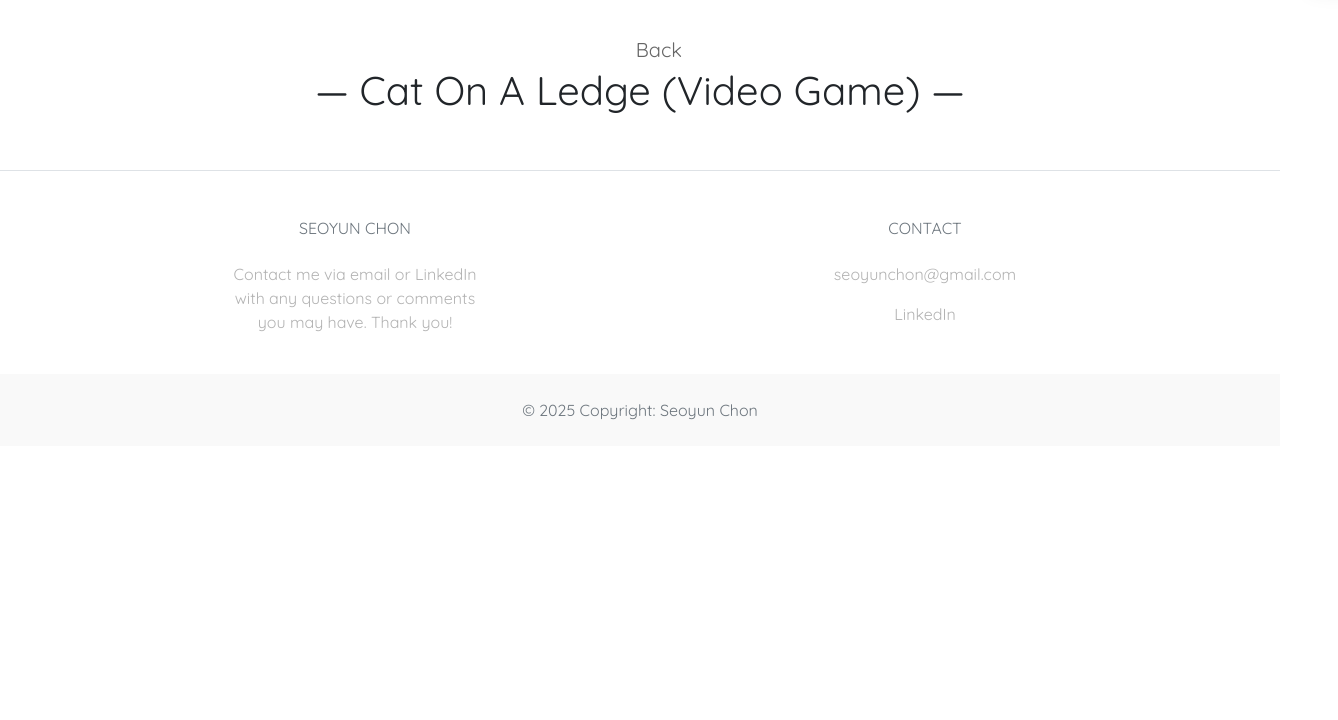
Repository: schon02/seoyun-chon-portfolio
Page: projects_catonaledge_page.html
The author's editor kept a copy of each file at every save. The page is drawn from the files as they stood at one save, then again after the next save.
The browser window is 1280 px wide. The page is 1338 px wide, so the pictures cover 1338 px, including what lies to the right of the window. The pictures show the part of the page from y = 720 to 1440 px (the page is 1440 px tall).

Above is the page before, as saved 2025-01-31 16:50:09.

### projects_catonaledge_page.html
<!DOCTYPE html>
<html>
    <head>
        <!-- <link href="style.css" rel="stylesheet" /> -->

        <!-- Required meta tags -->
        <meta charset="utf-8">
        <meta name="viewport" content="width=device-width, initial-scale=1, shrink-to-fit=no">

        <link href="https://fonts.googleapis.com/css?family=Quicksand:400,600,700&display=swap" rel="stylesheet">

        <link rel="stylesheet" href="fonts/icomoon/style.css">

        <link rel="stylesheet" href="css/owl.carousel.min.css">

        <!-- Bootstrap CSS -->
        <link rel="stylesheet" href="css/bootstrap.min.css">

        <!-- Style -->
        <link rel="stylesheet" href="css/style.css">

        <title>Home Page</title>

    </head>

    <body>
        <!-- <header>
            <nav>
                <ul>
                    <li><a class="active" href="index.html">Home</a></li>
                    <li><a href="services_page.html">Services</a></li>
                    <li><a href="contact_page.html">Contact</a></li>
                </ul>
            </nav>
        </header> -->

        <div class="site-mobile-menu site-navbar-target">
            <div class="site-mobile-menu-header">
              <div class="site-mobile-menu-close mt-3">
                <span class="icon-close2 js-menu-toggle"></span>
              </div>
            </div>
            <div class="site-mobile-menu-body"></div>
          </div> <!-- .site-mobile-menu -->

        <div class="site-navbar-wrap">
            <div class="site-navbar-top">
              <div class="container py-3">
                <div class="row align-items-center">
                  <div class="col-6">
                    <div class="d-flex mr-auto">
                      <a href="#" class="d-flex align-items-center mr-4">
                        <span class="icon-envelope mr-2"></span>
                        <span class="d-none d-md-inline-block">seoyunchon@gmail.com</span>
                      </a>
                      <!-- <a href="#" class="d-flex align-items-center mr-auto">
                        <span class="icon-phone mr-2"></span>
                        <span class="d-none d-md-inline-block">+1 234 4567 8910</span>
                      </a> -->
                    </div>
                  </div>
                  <div class="col-6 text-right">
                    <div class="mr-auto">
                      <!-- <a href="#" class="p-2 pl-0"><span class="icon-twitter"></span></a> -->
                      <!-- <a href="#" class="p-2 pl-0"><span class="icon-facebook"></span></a> -->
                      <a href="https://www.linkedin.com/in/seoyun-chon/" class="p-2 pl-0"><span class="icon-linkedin"></span></a>
                      <!-- <a href="#" class="p-2 pl-0"><span class="icon-instagram"></span></a> -->
                    </div>

                  </div>
                </div>
              </div>
            </div>

            <div class="site-navbar site-navbar-target js-sticky-header">
              <div class="container">
                <div class="row align-items-center">
                  <div class="col-2">
                    <h1 class="my-0 site-logo"><a href="index.html">Seoyun&nbsp;Chon</a></h1>
                  </div>
                  <div class="col-10">
                    <nav class="site-navigation text-right" role="navigation">
                      <div class="container">
                        <div class="d-inline-block d-lg-none ml-md-0 mr-auto py-3"><a href="#" class="site-menu-toggle js-menu-toggle text-white"><span class="icon-menu h3"></span></a></div>

                        <ul class="site-menu main-menu js-clone-nav d-none d-lg-block">
                          <li><a href="index.html" class="nav-link">Home</a></li>
                          <li class="active"><a href="projects_page.html" class="nav-link">Projects</a></li>
                          <li class="has-children">
                            <a href="#" class="nav-link">Pages</a>
                            <ul class="dropdown arrow-top">
                              <li><a href="#" class="nav-link">Team</a></li>
                              <li><a href="#" class="nav-link">Pricing</a></li>
                              <li><a href="#" class="nav-link">FAQ</a></li>
                              <li class="has-children">
                                <a href="#">More Links</a>
                                <ul class="dropdown">
                                  <li><a href="#">Menu One</a></li>
                                  <li><a href="#">Menu Two</a></li>
                                  <li><a href="#">Menu Three</a></li>
                                </ul>
                              </li>
                            </ul>
                          </li>
                          <!-- <li><a href="#about-section" class="nav-link">About</a></li> -->
                          <li><a href="resume_page.html" class="nav-link">Resume</a></li>
                          <!-- <li><a href="#gallery-section" class="nav-link">Gallery</a></li> -->
                          <li><a href="contact_page.html" class="nav-link">Contact</a></li>
                        </ul>
                      </div>
                    </nav>
                  </div>
                </div>
              </div>
            </div>
          </div>


          <div class="hero" style="background-image: url('images/s2k2.JPG');"></div>

          <div style="padding-top: 1cm; padding-left: 1cm;">
            <a href="projects_page.html">
              <h5>Back</h5>
            </a>
          </div>

        <div class="text-center" style="padding-top: 0.1cm;">
          <h1>— Cat On A Ledge (Video Game) —</h1>
        </div>





        <script src="js/jquery-3.3.1.min.js"></script>
        <script src="js/popper.min.js"></script>
        <script src="js/bootstrap.min.js"></script>
        <script src="js/jquery.sticky.js"></script>
        <script src="js/main.js"></script>

    </body>

<!-- Footer -->
<footer class="text-center text-lg-start bg-white text-muted">

  <section class="d-flex justify-content-center justify-content-lg-between p-4 border-bottom">
  </section>

  <!-- Section: Links  -->
  <section class="">
    <div class="container text-center text-md-start mt-5">
      <!-- Grid row -->
      <div class="row mt-3">
        <!-- Grid column -->
        <div class="col-md-3 col-lg-4 col-xl-3 mx-auto mb-4">
          <!-- Content -->
          <h6 class="text-uppercase fw-bold mb-4">
            <i class="fas fa-gem me-3 text-secondary"></i>Seoyun Chon
          </h6>
          <p>
            Contact me via email or LinkedIn with any questions or comments you may have. Thank you!
          </p>
        </div>
        <!-- Grid column -->

        <!-- Grid column -->
        <div class="col-md-4 col-lg-3 col-xl-3 mx-auto mb-md-0 mb-4">
          <!-- Links -->
          <h6 class="text-uppercase fw-bold mb-4">Contact</h6>
          <p><i class="fas fa-home me-3 text-secondary"></i> seoyunchon@gmail.com</p>
          <p>
            <i class="fas fa-envelope me-3 text-secondary"></i>
            <a href="https://www.linkedin.com/in/seoyun-chon/" class="text-reset"> LinkedIn </a>
          </p>
        </div>
        <!-- Grid column -->
      </div>
      <!-- Grid row -->
    </div>
  </section>
  <!-- Section: Links  -->

  <!-- Copyright -->
  <div class="text-center p-4" style="background-color: rgba(0, 0, 0, 0.025);">
    © 2025 Copyright:
    <a class="text-reset fw-bold" href="https://mdbootstrap.com/">Seoyun Chon</a>
  </div>
  <!-- Copyright -->
</footer>
<!-- Footer -->


</html>

### css/style.css
body {
  font-family: "Quicksand", -apple-system, BlinkMacSystemFont, "Segoe UI", Roboto, "Helvetica Neue", Arial, "Noto Sans", sans-serif, "Apple Color Emoji", "Segoe UI Emoji", "Segoe UI Symbol", "Noto Color Emoji";
  background-color: #fff;
  height: 200vh;
  position: relative; }
  body:before {
    content: "";
    position: absolute;
    top: 0;
    left: 0;
    right: 0;
    bottom: 0;
    background: rgba(0, 0, 0, 0.5);
    -webkit-transition: .3s all ease;
    -o-transition: .3s all ease;
    transition: .3s all ease;
    opacity: 0;
    visibility: hidden;
    z-index: 1; }
  body.offcanvas-menu:before {
    opacity: 1;
    z-index: 1002;
    visibility: visible; }

p {
  color: #b3b3b3;
  font-weight: 300; }

h1, h2, h3, h4, h5, h6,
.h1, .h2, .h3, .h4, .h5, .h6 {
  font-family: "Quicksand", -apple-system, BlinkMacSystemFont, "Segoe UI", Roboto, "Helvetica Neue", Arial, "Noto Sans", sans-serif, "Apple Color Emoji", "Segoe UI Emoji", "Segoe UI Symbol", "Noto Color Emoji"; }

h5 {
  margin: 0 auto; /* center element horizontally */
  text-align: center;
  width: 60%;
  color: #666;
  /* overflow: hidden; */
  /* text-overflow: ellipsis; */
  /* white-space: nowrap; */
  /* background:#666; */
}

a {
  -webkit-transition: .3s all ease;
  -o-transition: .3s all ease;
  transition: .3s all ease; }
  a, a:hover {
    text-decoration: none !important; }

.hero {
  height: 100vh;
  width: 100%;
  background-size: cover;
  background-position: center center;
  background-repeat: no-repeat; }

.site-navbar-wrap {
  position: absolute;
  z-index: 99;
  width: 100%;
  left: 0; }
  .site-navbar-wrap a {
    color: #fff; }
  .site-navbar-wrap .site-navbar-top {
    font-size: 0.8rem; }

.site-navbar-top {
  border-bottom: 1px solid rgba(255, 255, 255, 0.4); }

.site-navbar {
  margin-bottom: 0px;
  width: 100%; }
  .site-navbar .site-logo {
    font-weight: 200;
    line-height: 0;
    top: -7px;
    position: relative; }
    .site-navbar .site-logo a {
      font-weight: 200;
      color: #fff;
      font-size: 20px;
      font-weight: bold;
      text-transform: uppercase; }
  .site-navbar .site-navigation .site-menu {
    margin-bottom: 0; }
    .site-navbar .site-navigation .site-menu a {
      text-decoration: none !important;
      display: inline-block;
      font-weight: 500; }
    .site-navbar .site-navigation .site-menu > li {
      display: inline-block;
      padding: 10px 5px; }
      .site-navbar .site-navigation .site-menu > li > a {
        padding: 20px 10px;
        color: rgba(255, 255, 255, 0.6);
        font-size: 15px;
        text-decoration: none !important; }
        .site-navbar .site-navigation .site-menu > li > a.active {
          color: #fff; }
        .site-navbar .site-navigation .site-menu > li > a:hover {
          color: #fff; }
      .site-navbar .site-navigation .site-menu > li:last-child {
        padding-right: 0; }
        .site-navbar .site-navigation .site-menu > li:last-child > a {
          padding-right: 0; }
    .site-navbar .site-navigation .site-menu .has-children {
      position: relative; }
      .site-navbar .site-navigation .site-menu .has-children > a {
        position: relative;
        padding-right: 20px; }
        .site-navbar .site-navigation .site-menu .has-children > a:before {
          position: absolute;
          content: "\e313";
          font-size: 16px;
          top: 50%;
          right: 0;
          -webkit-transform: translateY(-50%);
          -ms-transform: translateY(-50%);
          transform: translateY(-50%);
          font-family: 'icomoon'; }
      .site-navbar .site-navigation .site-menu .has-children .dropdown {
        visibility: hidden;
        opacity: 0;
        top: 100%;
        position: absolute;
        text-align: left;
        -webkit-box-shadow: 0 0px 4px 0px rgba(0, 0, 0, 0.25);
        box-shadow: 0 0px 4px 0px rgba(0, 0, 0, 0.25);
        padding: 0px 0;
        margin-top: 20px;
        margin-left: 0px;
        background: #fff;
        -webkit-transition: 0.2s 0s;
        -o-transition: 0.2s 0s;
        transition: 0.2s 0s;
        border-radius: 4px; }
        .site-navbar .site-navigation .site-menu .has-children .dropdown.arrow-top {
          position: absolute; }
          .site-navbar .site-navigation .site-menu .has-children .dropdown.arrow-top:before {
            bottom: 100%;
            left: 20%;
            border: solid transparent;
            content: " ";
            height: 0;
            width: 0;
            position: absolute;
            pointer-events: none; }
          .site-navbar .site-navigation .site-menu .has-children .dropdown.arrow-top:before {
            border-color: rgba(136, 183, 213, 0);
            border-bottom-color: #fff;
            border-width: 10px;
            margin-left: -10px; }
        .site-navbar .site-navigation .site-menu .has-children .dropdown a {
          font-size: 14px;
          text-transform: none;
          letter-spacing: normal;
          -webkit-transition: 0s all;
          -o-transition: 0s all;
          transition: 0s all;
          color: #343a40; }
          .site-navbar .site-navigation .site-menu .has-children .dropdown a.active {
            color: black; }
        .site-navbar .site-navigation .site-menu .has-children .dropdown .active > a {
          color: #fff !important; }
        .site-navbar .site-navigation .site-menu .has-children .dropdown > li {
          list-style: none;
          padding: 0;
          margin: 0;
          min-width: 200px; }
          .site-navbar .site-navigation .site-menu .has-children .dropdown > li:first-child > a {
            border-top-left-radius: 4px;
            border-top-right-radius: 4px; }
          .site-navbar .site-navigation .site-menu .has-children .dropdown > li:last-child > a {
            border-bottom-left-radius: 4px;
            border-bottom-right-radius: 4px; }
          .site-navbar .site-navigation .site-menu .has-children .dropdown > li > a {
            padding: 9px 20px;
            display: block; }
            .site-navbar .site-navigation .site-menu .has-children .dropdown > li > a:hover {
              background: #ebeef0;
              color: #212529; }
          .site-navbar .site-navigation .site-menu .has-children .dropdown > li.has-children > a:before {
            content: "\e315";
            right: 20px; }
          .site-navbar .site-navigation .site-menu .has-children .dropdown > li.has-children > .dropdown, .site-navbar .site-navigation .site-menu .has-children .dropdown > li.has-children > ul {
            left: 100%;
            top: 0; }
          .site-navbar .site-navigation .site-menu .has-children .dropdown > li.has-children:hover > a, .site-navbar .site-navigation .site-menu .has-children .dropdown > li.has-children:active > a, .site-navbar .site-navigation .site-menu .has-children .dropdown > li.has-children:focus > a {
            background: #ebeef0;
            color: #212529; }
      .site-navbar .site-navigation .site-menu .has-children:hover > a, .site-navbar .site-navigation .site-menu .has-children:focus > a, .site-navbar .site-navigation .site-menu .has-children:active > a {
        color: #fff; }
      .site-navbar .site-navigation .site-menu .has-children:hover, .site-navbar .site-navigation .site-menu .has-children:focus, .site-navbar .site-navigation .site-menu .has-children:active {
        cursor: pointer; }
        .site-navbar .site-navigation .site-menu .has-children:hover > .dropdown, .site-navbar .site-navigation .site-menu .has-children:focus > .dropdown, .site-navbar .site-navigation .site-menu .has-children:active > .dropdown {
          -webkit-transition-delay: 0s;
          -o-transition-delay: 0s;
          transition-delay: 0s;
          margin-top: 0px;
          visibility: visible;
          opacity: 1; }

.site-mobile-menu {
  width: 300px;
  position: fixed;
  right: 0;
  z-index: 2000;
  padding-top: 20px;
  background: #fff;
  height: calc(100vh);
  -webkit-transform: translateX(110%);
  -ms-transform: translateX(110%);
  transform: translateX(110%);
  -webkit-box-shadow: -10px 0 20px -10px rgba(0, 0, 0, 0.1);
  box-shadow: -10px 0 20px -10px rgba(0, 0, 0, 0.1);
  -webkit-transition: .3s all ease-in-out;
  -o-transition: .3s all ease-in-out;
  transition: .3s all ease-in-out; }
  .offcanvas-menu .site-mobile-menu {
    -webkit-transform: translateX(0%);
    -ms-transform: translateX(0%);
    transform: translateX(0%); }
  .site-mobile-menu .site-mobile-menu-header {
    width: 100%;
    float: left;
    padding-left: 20px;
    padding-right: 20px; }
    .site-mobile-menu .site-mobile-menu-header .site-mobile-menu-close {
      float: right;
      margin-top: 8px; }
      .site-mobile-menu .site-mobile-menu-header .site-mobile-menu-close span {
        font-size: 30px;
        display: inline-block;
        padding-left: 10px;
        padding-right: 0px;
        line-height: 1;
        cursor: pointer;
        -webkit-transition: .3s all ease;
        -o-transition: .3s all ease;
        transition: .3s all ease; }
        .site-mobile-menu .site-mobile-menu-header .site-mobile-menu-close span:hover {
          color: #dee2e6; }
    .site-mobile-menu .site-mobile-menu-header .site-mobile-menu-logo {
      float: left;
      margin-top: 10px;
      margin-left: 0px; }
      .site-mobile-menu .site-mobile-menu-header .site-mobile-menu-logo a {
        display: inline-block;
        text-transform: uppercase; }
        .site-mobile-menu .site-mobile-menu-header .site-mobile-menu-logo a img {
          max-width: 70px; }
        .site-mobile-menu .site-mobile-menu-header .site-mobile-menu-logo a:hover {
          text-decoration: none; }
  .site-mobile-menu .site-mobile-menu-body {
    overflow-y: scroll;
    -webkit-overflow-scrolling: touch;
    position: relative;
    padding: 20px;
    height: calc(100vh - 52px);
    padding-bottom: 150px; }
  .site-mobile-menu .site-nav-wrap {
    padding: 0;
    margin: 0;
    list-style: none;
    position: relative; }
    .site-mobile-menu .site-nav-wrap a {
      padding: 10px 20px;
      display: block;
      position: relative;
      color: #212529; }
      .site-mobile-menu .site-nav-wrap a.active, .site-mobile-menu .site-nav-wrap a:hover {
        color: black; }
    .site-mobile-menu .site-nav-wrap li {
      position: relative;
      display: block; }
      .site-mobile-menu .site-nav-wrap li.active > a {
        color: black; }
    .site-mobile-menu .site-nav-wrap .arrow-collapse {
      position: absolute;
      right: 0px;
      top: 10px;
      z-index: 20;
      width: 36px;
      height: 36px;
      text-align: center;
      cursor: pointer;
      border-radius: 50%; }
      .site-mobile-menu .site-nav-wrap .arrow-collapse:hover {
        background: #f8f9fa; }
      .site-mobile-menu .site-nav-wrap .arrow-collapse:before {
        font-size: 12px;
        z-index: 20;
        font-family: "icomoon";
        content: "\f078";
        position: absolute;
        top: 50%;
        left: 50%;
        -webkit-transform: translate(-50%, -50%) rotate(-180deg);
        -ms-transform: translate(-50%, -50%) rotate(-180deg);
        transform: translate(-50%, -50%) rotate(-180deg);
        -webkit-transition: .3s all ease;
        -o-transition: .3s all ease;
        transition: .3s all ease; }
      .site-mobile-menu .site-nav-wrap .arrow-collapse.collapsed:before {
        -webkit-transform: translate(-50%, -50%);
        -ms-transform: translate(-50%, -50%);
        transform: translate(-50%, -50%); }
    .site-mobile-menu .site-nav-wrap > li {
      display: block;
      position: relative;
      float: left;
      width: 100%; }
      .site-mobile-menu .site-nav-wrap > li > a {
        padding-left: 20px;
        font-size: 20px; }
      .site-mobile-menu .site-nav-wrap > li > ul {
        padding: 0;
        margin: 0;
        list-style: none; }
        .site-mobile-menu .site-nav-wrap > li > ul > li {
          display: block; }
          .site-mobile-menu .site-nav-wrap > li > ul > li > a {
            padding-left: 40px;
            font-size: 16px; }
          .site-mobile-menu .site-nav-wrap > li > ul > li > ul {
            padding: 0;
            margin: 0; }
            .site-mobile-menu .site-nav-wrap > li > ul > li > ul > li {
              display: block; }
              .site-mobile-menu .site-nav-wrap > li > ul > li > ul > li > a {
                font-size: 16px;
                padding-left: 60px; }

.sticky-wrapper {
  position: absolute;
  z-index: 100;
  width: 100%; }
  .sticky-wrapper + .site-blocks-cover {
    margin-top: 96px; }
  .sticky-wrapper .site-navbar {
    -webkit-transition: .3s all ease;
    -o-transition: .3s all ease;
    transition: .3s all ease; }
    .sticky-wrapper .site-navbar ul li.active a {
      color: #fff; }
  .sticky-wrapper.is-sticky .site-navbar {
    background-color: black; }
    .sticky-wrapper.is-sticky .site-navbar .site-navigation .site-menu > li {
      display: inline-block;
      padding: 10px 5px; }
      .sticky-wrapper.is-sticky .site-navbar .site-navigation .site-menu > li:last-child {
        padding-right: 0; }
        .sticky-wrapper.is-sticky .site-navbar .site-navigation .site-menu > li:last-child > a {
          padding-right: 0; }
      .sticky-wrapper.is-sticky .site-navbar .site-navigation .site-menu > li.has-children > a {
        padding-right: 20px; }
      .sticky-wrapper.is-sticky .site-navbar .site-navigation .site-menu > li > a {
        padding: 10px 10px;
        color: rgba(255, 255, 255, 0.6);
        font-size: 15px; }
        .sticky-wrapper.is-sticky .site-navbar .site-navigation .site-menu > li > a:hover {
          color: #fff !important; }
        .sticky-wrapper.is-sticky .site-navbar .site-navigation .site-menu > li > a.active {
          color: #fff !important; }
      .sticky-wrapper.is-sticky .site-navbar .site-navigation .site-menu > li.active a {
        color: #fff; }





/* ---------------------stuff for text columns --------------------------- */

* {
  box-sizing: border-box;
}

/* Create two unequal columns that floats next to each other */
.column {
  float: left;
  padding: 10px;
}

.left {
  width: 35%;
}

.right {
  width: 65%;
}

/* Clear floats after the columns */
.row:after {
  content: "";
  display: table;
  clear: both;
}


/* ---------------------stuff for image gallery --------------------------- */

div.gallery {
  border: 1px solid rgb(255, 255, 255);
}

div.gallery:hover {
  border: 1px solid rgb(228, 228, 228);
}

div.gallery img {
  width: 100%;
  height: auto;
}

div.desc {
  padding: 15px;
  text-align: center;
}

* {
  box-sizing: border-box;
}

.responsive {
  padding: 0 6px;
  float: left;
  width: 24.99999%;
}

@media only screen and (max-width: 700px) {
  .responsive {
    width: 100%;
    margin: 6px 0;
  }
}

@media only screen and (max-width: 500px) {
  .responsive {
    width: 100%;
  }
}

.clearfix:after {
  content: "";
  display: table;
  clear: both;
}

### js/main.js
$(function() {

  var siteSticky = function() {
		$(".js-sticky-header").sticky({topSpacing:0});
	};
	siteSticky();

	var siteMenuClone = function() {

		$('.js-clone-nav').each(function() {
			var $this = $(this);
			$this.clone().attr('class', 'site-nav-wrap').appendTo('.site-mobile-menu-body');
		});


		setTimeout(function() {

			var counter = 0;
      $('.site-mobile-menu .has-children').each(function(){
        var $this = $(this);

        $this.prepend('<span class="arrow-collapse collapsed">');

        $this.find('.arrow-collapse').attr({
          'data-toggle' : 'collapse',
          'data-target' : '#collapseItem' + counter,
        });

        $this.find('> ul').attr({
          'class' : 'collapse',
          'id' : 'collapseItem' + counter,
        });

        counter++;

      });

    }, 1000);

		$('body').on('click', '.arrow-collapse', function(e) {
      var $this = $(this);
      if ( $this.closest('li').find('.collapse').hasClass('show') ) {
        $this.removeClass('active');
      } else {
        $this.addClass('active');
      }
      e.preventDefault();

    });

		$(window).resize(function() {
			var $this = $(this),
				w = $this.width();

			if ( w > 768 ) {
				if ( $('body').hasClass('offcanvas-menu') ) {
					$('body').removeClass('offcanvas-menu');
				}
			}
		})

		$('body').on('click', '.js-menu-toggle', function(e) {
			var $this = $(this);
			e.preventDefault();

			if ( $('body').hasClass('offcanvas-menu') ) {
				$('body').removeClass('offcanvas-menu');
				$this.removeClass('active');
			} else {
				$('body').addClass('offcanvas-menu');
				$this.addClass('active');
			}
		})

		// click outisde offcanvas
		$(document).mouseup(function(e) {
	    var container = $(".site-mobile-menu");
	    if (!container.is(e.target) && container.has(e.target).length === 0) {
	      if ( $('body').hasClass('offcanvas-menu') ) {
					$('body').removeClass('offcanvas-menu');
				}
	    }
		});
	};
	siteMenuClone();

});

Loaded but not shown: fonts/icomoon/style.css (common file); css/owl.carousel.min.css (library); css/bootstrap.min.css (library); js/jquery-3.3.1.min.js (library); js/popper.min.js (library); js/bootstrap.min.js (library); js/jquery.sticky.js (library)

After the next save:
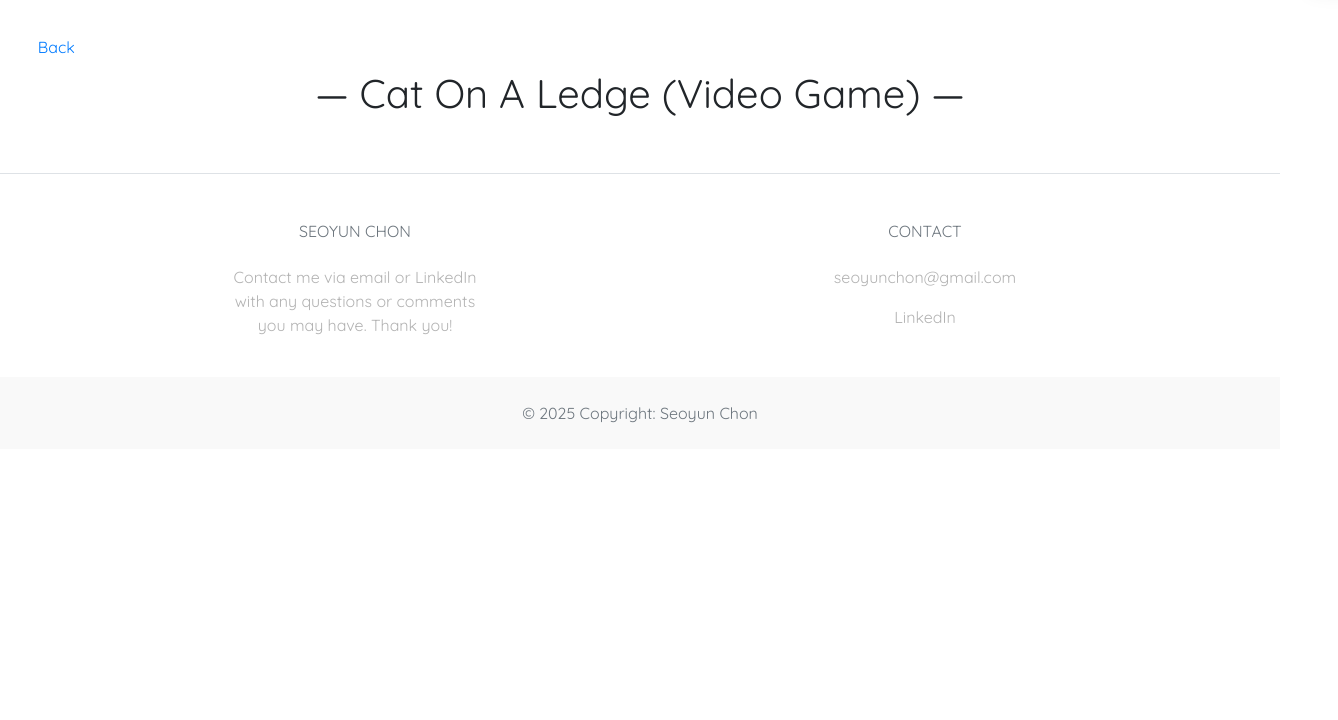
Saved 37 s later.
--- a/projects_catonaledge_page.html
+++ b/projects_catonaledge_page.html
@@ -120,7 +120,7 @@
 
           <div style="padding-top: 1cm; padding-left: 1cm;">
             <a href="projects_page.html">
-              <h5>Back</h5>
+              <h6>Back</h6>
             </a>
           </div>
 
